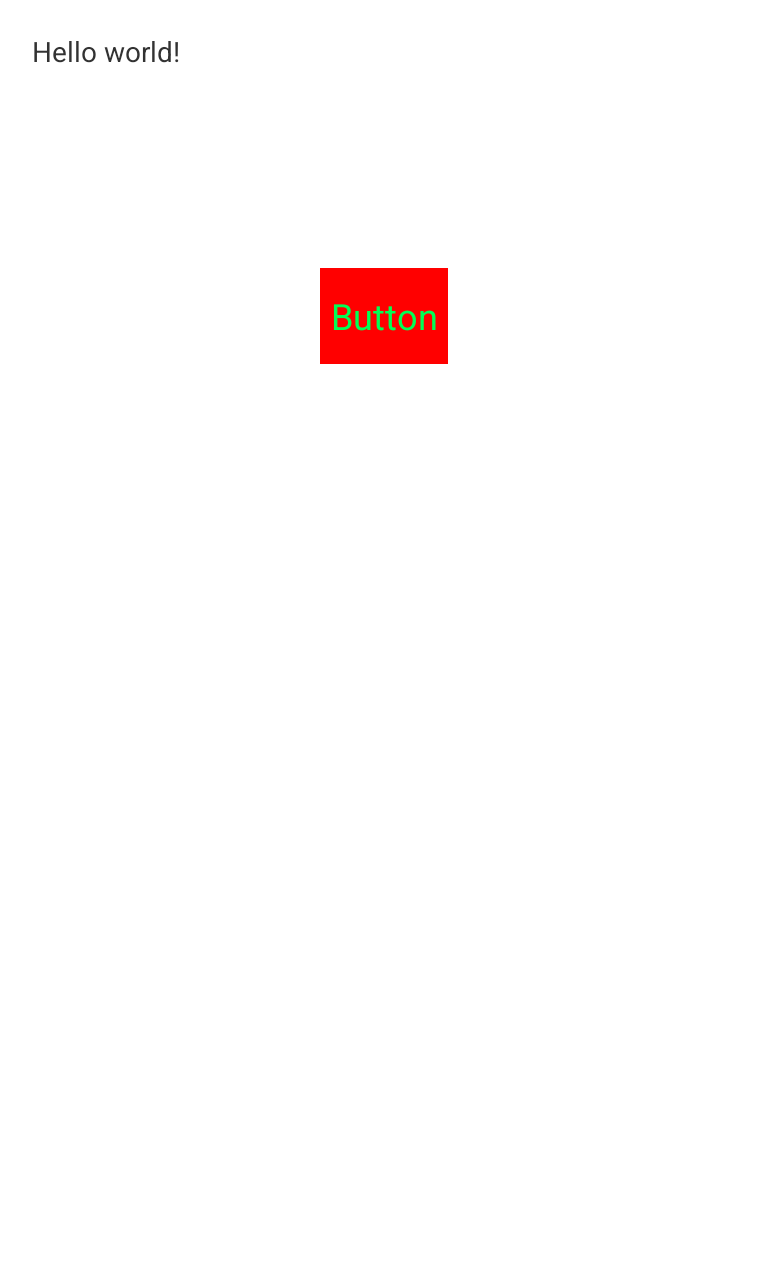
Repository: dm04806/Android-Development
Layout: FancyButton/res/layout/activity_main.xml
These files come from the project's save history. The layout is drawn as it stood at one moment and after the next save; the edit follows.
It is drawn on a 768 x 1280 px phone screen (xhdpi) without system bars, with theme AppTheme; the app's code is not run.

Above is the layout before, as saved 2013-04-30 16:53:38.

After the next save:
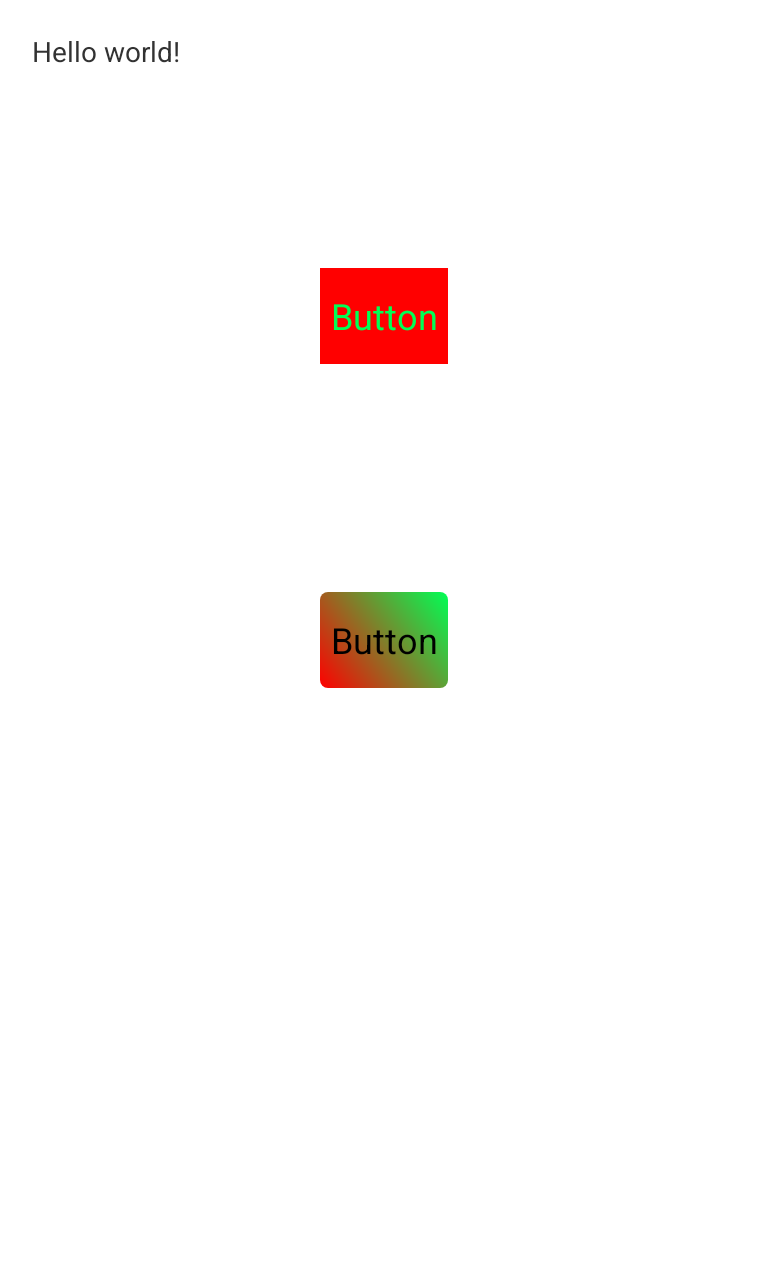
Saved 35 s later.
--- a/FancyButton/res/layout/activity_main.xml
+++ b/FancyButton/res/layout/activity_main.xml
@@ -25,4 +25,13 @@
         android:text="Button"
         android:textColor="@color/lime" />
 
+    <Button
+        android:id="@+id/button2"
+        android:layout_width="wrap_content"
+        android:layout_height="wrap_content"
+        android:layout_centerHorizontal="true"
+        android:layout_centerVertical="true"
+        android:background="@drawable/myshape"
+        android:text="Button" />
+
 </RelativeLayout>
